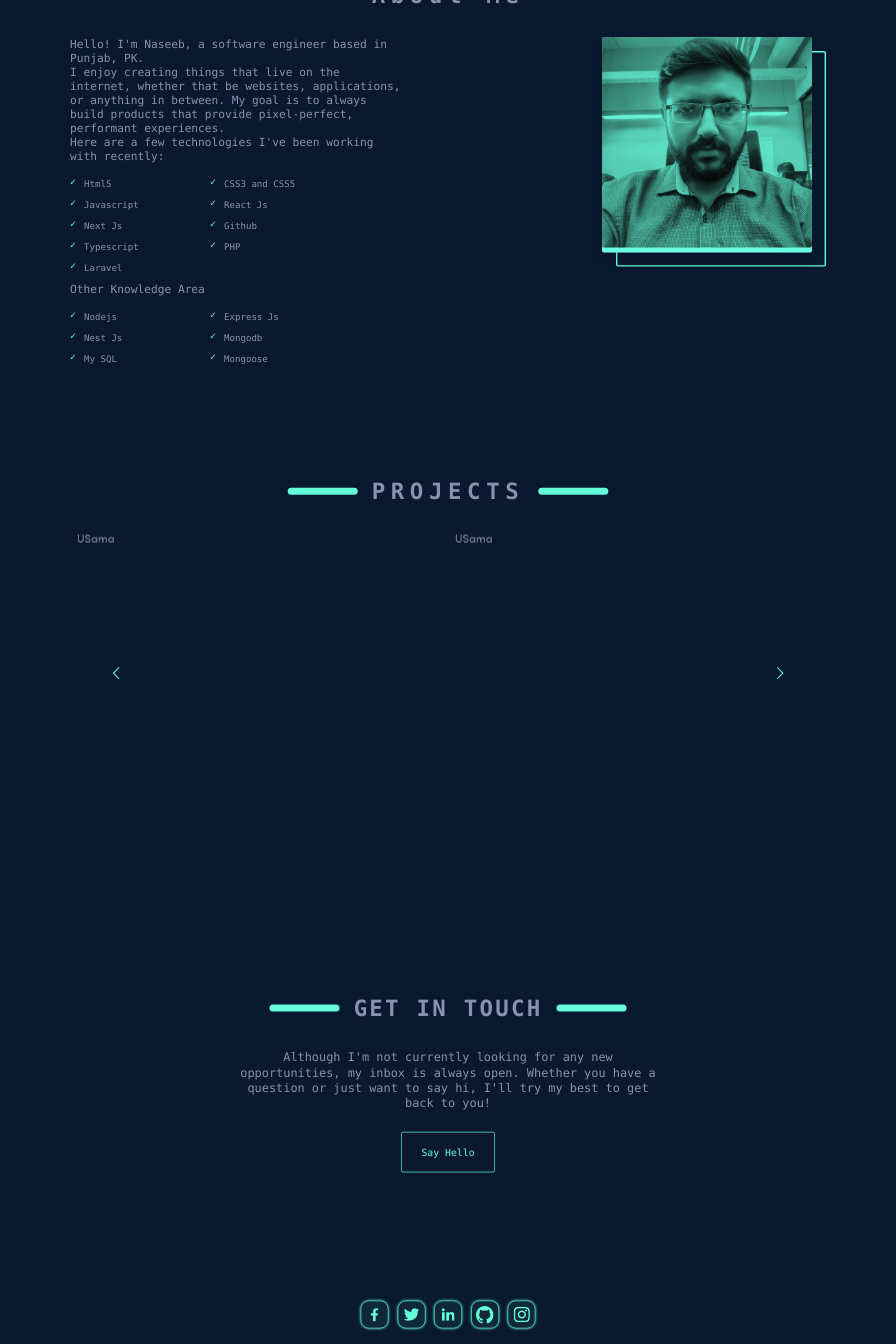
Repository: naseebali/naseebali.github.io
Page: /
The author's editor kept a copy of each file at every save. The page is drawn from the files as they stood at one save, then again after the next save.
The browser window is 1280 px wide. The pictures show the part of the page from y = 877 to 2797 px (the page is 2825 px tall), at 70% of full size.
The project was rebuilt for these pictures with package versions that can differ from the ones it lists, and the page was loaded fresh each time. The framework's server and built-in components were replaced by stand-ins that run in the browser. Also part of the build but not shown: next.config.js.

Above is the page before, as saved 2020-06-26 20:55:22.

### pages/_app.jsx
import "../public/assets/styles.css";
import "react-multi-carousel/lib/styles.css";

import Layout from "../Layout";
export default function MyApp({ Component, pageProps }) {
  return (
    <Layout>
      <Component {...pageProps} />
    </Layout>
  );
}

### pages/_document.jsx
import Document from 'next/document'
import { ServerStyleSheet } from 'styled-components'

class MyDocument extends Document {
  static async getInitialProps(ctx) {
    const sheet = new ServerStyleSheet()
    const originalRenderPage = ctx.renderPage

    try {
      ctx.renderPage = () =>
        originalRenderPage({
          enhanceApp: App => props => sheet.collectStyles(<App {...props} />),
        })

      const initialProps = await Document.getInitialProps(ctx)
      return {
        ...initialProps,
        styles: (
          <>
            {initialProps.styles}
            {sheet.getStyleElement()}
          </>
        ),
      }
    } finally {
      sheet.seal()
    }
  }
}

export default MyDocument

### public/assets/styles.css
html {
  box-sizing: border-box;
  -ms-overflow-style: scrollbar;
  scroll-behavior: smooth;
}
*,
*::before,
*::after {
  box-sizing: inherit;
}

@font-face {
  font-weight: normal;
  font-family: "Sofia pro";
  src: url("../assets/fonts/Sofia Pro/Sofia Pro Regular.otf");
}

@font-face {
  font-weight: bold;
  font-family: "Sofia Pro";
  src: url("../assets/fonts/Sofia Pro/Sofia Pro Bold.otf");
}

body {
  margin: 0;
  padding: 0;
  font-family: Sofia Pro;
  font-style: normal;
  font-weight: normal;
  background: #0a192f;
  color: #8892b0;
}

### Layout/index.jsx
import Head from "next/head";
import Header from "./header";
import Footer from "./footer";
import styled from "styled-components";
import { media, theme } from "../components/Style";
const { colors, fontSizes, fonts } = theme;

const Container = styled.div`
  min-height: 100vh;
`;
const Main2 = styled.main`
  /* margin: auto; */
  max-width: 1440px;
  min-height: 100vh;
  margin: 0px auto;
  ${media.mediumLcd`margin: 0px 50px;`}
  ${media.thone`margin: 0px;`}
`;
const Layout = ({ children }) => {
  return (
    <Container>
      <Head>
        <title>Usama Asif | Software Engineer</title>
        <link rel="icon" href="/favicon.ico" />
      </Head>
      <Header />
      <Main2>{children}</Main2>
      <Footer />
    </Container>
  );
};

export default Layout;

### pages/Intro.jsx
import React from "react";
import styled from "styled-components";
import { media, theme, MixStyle } from "../components/Style";
const { colors, fontSizes, fonts } = theme;

const Section = styled.section`
  height: 100vh;
  display: flex;
  -webkit-box-pack: center;
  justify-content: center;
  align-items: flex-start;
  margin-top: 2rem;
  flex-flow: column nowrap;
  padding: 50px;
  ${media.phablet`padding:20px;`}
`;

const H1 = styled.h1`
  word-spacing: 1rem;
  letter-spacing: 0.2rem;
  color: ${colors.green};
  font-family: ${fonts.SFMono};
  font-size: ${fontSizes.md};
  font-weight: normal;
  ${media.desktop`font-size: ${fontSizes.sm};`};
  ${media.tablet`font-size: ${fontSizes.smish};`};
  margin: 0 0 20px 3px;
`;
const H2 = styled.h2`
  font-size: 80px;
  line-height: 1.1;
  margin: 0;
  ${media.desktop`font-size: 70px;`};
  ${media.tablet`font-size: 60px;`};
  ${media.phablet`font-size: 50px;`};
  ${media.phone`font-size: 40px;`};
  color: ${colors.white};
`;

const H3 = styled.h3`
  font-size: 80px;
  line-height: 1.1;
  color: ${colors.slate};
  ${media.desktop`font-size: 70px;`};
  ${media.tablet`font-size: 60px;`};
  ${media.phablet`font-size: 50px;`};
  ${media.phone`font-size: 40px;`};
  margin: 0px 0px 10px;
`;
const StyledDescription = styled.div`
  margin-top: 25px;
  max-width: 500px;
  p {
    font-family: ${fonts.SFMono};
    line-height: 20px;
    font-size: 16px;
  }
`;

const StyledEmailLink = styled.a`
  ${MixStyle.bigButton};
`;

const Intro = () => {
  return (
    <Section>
      <H1>Hi, I am</H1>
      <H2>Naseeb Ali.</H2>
      <H3>I build things for the web.</H3>
      <StyledDescription>
        <p>
          I'm a software engineer based in Punjab, PK specializing in Front
          end Development.
        </p>
      </StyledDescription>
      <div style={{ transitionDelay: "500ms", marginTop: "50px" }}>
        <StyledEmailLink href="mailto:naseebalina2@gmail.com">
          Get In Touch
        </StyledEmailLink>
      </div>
    </Section>
  );
};
export default Intro;

### pages/Contact.jsx
import React from "react";
import styled from "styled-components";
import { media, theme, MixStyle } from "../components/Style";
const { colors, fontSizes, fonts } = theme;
const Section = styled.section`
  ${media.phablet`padding:20px;`}
  padding: 50px;
  position: relative;
  margin: 150px 0px;
  .contact--content {
    max-width: 600px;
    margin: auto;
    text-align: center;
  }
  .contact--content p {
    font-size: 17px;
    line-height: 1.3;
    font-family: ${fonts.SFMono};
  }
`;
const Heading = styled.h3`
  position: relative;
  ${MixStyle.flexCenter}
  font-family: ${fonts.SFMono};
  margin: 10px 0 40px;
  width: 100%;
  white-space: nowrap;
  letter-spacing: 0.2rem;
  font-size: ${fontSizes.h3};
  ${media.tablet`font-size: 24px;`};
  &:before {
    content: "";
    display: block;
    height: 10px;
    width: 100px;
    border-radius: 12px;
    background-color: ${colors.green};
    position: relative;
    top: 0px;
    margin-right: 20px;
    ${media.desktop`width: 100px;`};
    ${media.tablet`width: 80px;`};
    ${media.thone`margin-left: 10px;`};
    ${media.phone`width: 80px;`};
  }
  &:after {
    content: "";
    display: block;
    height: 10px;
    width: 100px;
    border-radius: 12px;
    background-color: ${colors.green};
    position: relative;
    top: 0px;
    margin-left: 20px;
    ${media.desktop`width: 100px;`};
    ${media.tablet`width: 80px;`};
    ${media.thone`margin-left: 10px;`};
    ${media.phone`width: 80px;`};
  }
`;
const StyledEmailLink = styled.a`
  ${MixStyle.bigButton};
`;
const Contact = () => {
  return (
    <Section id="contact">
      <Heading style={{ maeginTop: "50px" }}>GET IN TOUCH</Heading>
      <div className="contact--content">
        <p>
          Although I'm not currently looking for any new opportunities, my inbox
          is always open. Whether you have a question or just want to say hi,
          I'll try my best to get back to you!
        </p>
        <div style={{ transitionDelay: "500ms", marginTop: "50px" }}>
          <StyledEmailLink href="mailto:ranausama48@gmail.com">
            Say Hello
          </StyledEmailLink>
        </div>
      </div>
    </Section>
  );
};
export default Contact;

### pages/Project.jsx
import styled from "styled-components";
import { Link } from "../components/core";
import { media, theme, MixStyle } from "../components/Style";
import Carousel from "react-multi-carousel";
const { colors, fontSizes, fonts } = theme;
const clientReviews = [
  {
    clientAvatar: "/assets/images/usama-project1.jpg",
    clientName: "Passport Paws",
    Technologis: ["HTML5", "CSS3", "Nextjs", "Styled Components", "Ant Design"],
    id: "passportPaws",
  },
  {
    clientAvatar: "/assets/images/usama-project2.jpg",
    clientName: "Nithias Accadmy",
    Technologis: ["HTML5", "CSS3", "Nextjs", "styled Components", "Ant Design"],
    id: "nithiasAccadmy",
  },
  {
    clientAvatar: "/assets/images/usama-project3.jpg",
    clientName: "Lazard Plumbing",
    Technologis: ["HTML5", "CSS3", "Bootstrap", "Squarespace"],
    id: "lazardPlumbing",
  },
  {
    Technologis: ["HTML5", "CSS3", "Bootstrap"],
    clientAvatar: "/assets/images/usama-project4.jpg",
    clientName: "ANIT Services",
    id: "anitService",
  },
  {
    clientAvatar: "/assets/images/usama-project5.jpg",
    clientName: "Ebay Label Generator Tool",
    Technologis: ["HTML5", "CSS3", "Reactjs"],
    id: "ebayTool",
  },
  {
    clientAvatar: "/assets/images/usama-project6.jpg",
    clientName: "Carstreet",
    Technologis: ["HTML5", "CSS3", "Nextjs", "styled component", "Ant Design"],
    id: "carstreet",
  },
];
const Section = styled.section`
  ${media.phablet`padding:20px;`}
  .react-multiple-carousel__arrow {
    background: ${colors.navy};
    &:before {
      color: ${colors.green};
    }
  }
  .react-multi-carousel-item {
    height: 400px;
    ${media.phone`height: 350px; `}
    ${media.tiny`height: 300px; `}
  }
  .viwe-more {
    ${MixStyle.xsmallButton};
    margin-bottom: 20px;
    &:hover {
      color: ${colors.green};
    }
  }
  padding: 50px;
  position: relative;
`;
const Heading = styled.h3`
  position: relative;
  font-family: ${fonts.SFMono};
  ${MixStyle.flexCenter}
  margin: 10px 0 40px;
  width: 100%;
  white-space: nowrap;
  letter-spacing: 0.5rem;
  font-size: ${fontSizes.h3};
  ${media.tablet`font-size: 24px;`};
  &:before {
    content: "";
    display: block;
    height: 10px;
    width: 100px;
    border-radius: 12px;
    background-color: ${colors.green};
    position: relative;
    top: 0px;
    margin-right: 20px;
    ${media.desktop`width: 100px;`};
    ${media.tablet`width: 80px;`};
    ${media.thone`margin-left: 10px;`};
    ${media.phone`width: 80px;`};
  }
  &:after {
    content: "";
    display: block;
    height: 10px;
    width: 100px;
    border-radius: 12px;
    background-color: ${colors.green};
    position: relative;
    top: 0px;
    margin-left: 20px;
    ${media.desktop`width: 100px;`};
    ${media.tablet`width: 80px;`};
    ${media.thone`margin-left: 10px;`};
    ${media.phone`width: 80px;`};
  }
`;
const ProjectContainer = styled.div`
  height: 100%;
  margin: 0px 10px;
  position: relative;
  background: none;
  cursor: pointer;
  &&:hover .hover-effect {
    transition: all 0.8s;
    transform: scale(1);
    position: absolute;
    top: 0px;
    background-color: rgba(45, 54, 83, 0.8);
    height: 100%;
    width: 100%;
    display: block;
    display: flex;
    justify-content: center;
    align-items: center;
    flex-direction: column;
  }
`;
const Image = styled.img`
  width: 100%;
  height: 100%;
  transition: all 0.3s;
  border-radius: 15px;
`;
const HoverContainer = styled.div`
  display: flex;
  justify-content: center;
  align-items: center;
  flex-direction: column;
  position: absolute;
  transition: all 1s;
  transform: scale(0);
  top: 0px;
  left: 0px;
  height: 100%;
  width: 100%;
  background-color: rgba(45, 54, 83, 0.8);
  box-sizing: border-box;
  border-radius: 12px;
`;
const H3 = styled.h3`
  font-size: ${fontSizes.xl};
  color: ${colors.white};
  text-align: center;
  font-family: ${fonts.SFMono};
  line-height: 20px;
`;
const TechnologContainer = styled.div`
  padding: 0px 20px;
  margin-bottom: 20px;
  flex-wrap: wrap;
  display: flex;
  div {
    margin: 3px;
    ${MixStyle.xsmallButton};
  }
`;
const responsive = {
  superLargeDesktop: {
    // the naming can be any, depends on you.
    breakpoint: { max: 4000, min: 3000 },
    items: 5,
  },
  desktop: {
    breakpoint: { max: 3000, min: 1024 },
    items: 3,
  },
  tablet: {
    breakpoint: { max: 1024, min: 464 },
    items: 2,
  },
  mobile: {
    breakpoint: { max: 464, min: 0 },
    items: 1,
  },
};
const Projects = () => {
  return (
    <Section id="work">
      <Heading style={{ marginTop: "50px" }}>PROJECTS</Heading>
      <div>
        <Carousel
          className="custome--carousal"
          arrows={true}
          swipeable={false}
          draggable={false}
          responsive={responsive}
          ssr={true}
          infinite={true}
          autoPlay={false}
          autoPlaySpeed={1000}
          keyBoardControl={true}
          transitionDuration={500}
          renderButtonGroupOutside={true}
          containerClass="carousel-container"
          dotListClass="custom-dot-list-style"
          responsive={responsive}
        >
          <CarousalContainer style={{ background: "red" }}>
            Item 1
          </CarousalContainer>
          <CarousalContainer style={{ background: "blue" }}>
            Item 2
          </CarousalContainer>
          <CarousalContainer style={{ background: "yellow" }}>
            Item 3
          </CarousalContainer>
          <CarousalContainer style={{ background: "pink" }}>
            Item 4
          </CarousalContainer>
        </Carousel>
      </div>
    </Section>
  );
};
const Container = styled.div`
  height: 100%;
  margin: 0px 10px;
`;
const CarousalContainer = () => {
  return <Container>USama</Container>;
};
export default Projects;

### components/Style/index.jsx
import media from "./media";
import theme from "./theme";
import MixStyle from "./mixStyle";
export { media, theme, MixStyle };

### components/core/index.jsx
import Link from "./Link";
import Menu from "./Menu";
// import Carousal from "./carousal";
export { Link, Menu };

### components/Style/media.jsx
import { css } from "styled-components";

const sizes = {
  fullLcd: 2560,
  mediumLcd:1500,
  giant: 1440,
  bigDesktop: 1200,
  desktop: 1000,
  tablet: 768,
  thone: 600,
  phablet: 480,
  phone: 376,
  tiny: 330,
};

// iterate through the sizes and create a media template
export const media = Object.keys(sizes).reduce((accumulator, label) => {
  // use em in breakpoints to work properly cross-browser and support users
  // changing their browsers font-size: https://zellwk.com/blog/media-query-units/
  const emSize = sizes[label] / 16;
  accumulator[label] = (...args) => css`
    @media (max-width: ${emSize}em) {
      ${css(...args)};
    }
  `;
  return accumulator;
}, {});

export default media;

### components/Style/theme.jsx
const theme = {
  colors: {
    dark: "#000007",
    darkestNavy: "#01050b",
    darkNavy: "#020c1b",
    // main color
    navy: "#0a192f",
    // ------
    lightNavy: "#172a45",
    darkGrey: "#333f58",
    mediumGrey: "#2d3952",
    grey: "#4c5772",
    lightGrey: "#606a86",
    slate: "#8892b0",
    lightSlate: "#a8b2d1",
    lightestSlate: "#ccd6f6",
    offWhite: "#dce7ff",
    white: "#e6f1ff",
    pink: "#FF647F",
    yellow: "#FFC464",
    orange: "#FF9E64",
    green: "#64ffda",
    blue: "#71AFFF",
    darkBlue: "#1D7FFC",
    highlight: "rgba(41, 61, 90, 0.99)",
    transGreen: "rgba(100, 255, 218, 0.07)",
    transNavy: "rgba(10, 25, 47, 0.7)",
    shadowNavy: "rgba(2, 12, 27, 0.7)",
  },

  fonts: {
    Calibre:
      "Calibre, San Francisco, SF Pro Text, -apple-system, system-ui, BlinkMacSystemFont, Roboto, Helvetica Neue, Segoe UI, Arial, sans-serif",
    SFMono:
      "SF Mono, Fira Code, Fira Mono, Roboto Mono, Lucida Console, Monaco, monospace",
  },

  fontSizes: {
    xs: "12px",
    smish: "13px",
    sm: "14px",
    md: "16px",
    lg: "18px",
    xl: "20px",
    xxl: "22px",
    h3: "32px",
  },

  easing: "cubic-bezier(0.645, 0.045, 0.355, 1)",
  transition: "all 0.25s cubic-bezier(0.645, 0.045, 0.355, 1)",

  borderRadius: "3px",
  navHeight: "100px",
  navScrollHeight: "70px",
  margin: "20px",

  tabHeight: 42,
  tabWidth: 120,
  radius: 3,

  gradient: `linear-gradient(0.4turn, #64d6ff, #64ffda)`,

  loaderDelay: `6`,

  hamburgerWidth: 30,
  hamBefore: `top 0.1s ease-in 0.25s, opacity 0.1s ease-in`,
  hamBeforeActive: `top 0.1s ease-out, opacity 0.1s ease-out 0.12s`,
  hamAfter: `bottom 0.1s ease-in 0.25s, transform 0.22s cubic-bezier(0.55, 0.055, 0.675, 0.19)`,
  hamAfterActive: `bottom 0.1s ease-out, transform 0.22s cubic-bezier(0.215, 0.61, 0.355, 1) 0.12s`,
};

export default theme;

### components/core/Link.jsx
import React from "react";
import Link from "next/link";
import PropTypes from "prop-types";
import styled from "styled-components";

const StyledLink = styled.a`
  .ant-menu-dark .ant-menu-item > a {
    color: ${({ color }) => color};
  }
  color: ${({ color }) => color};
  text-align: ${({ align }) => align};
  font-weight: ${({ weight }) => weight};
  display: ${({ display }) => display};
  font-size: ${({ fontSize }) => fontSize};
  transition: 0.5s;
  &:hover {
    color: ${({ hoverColor }) => hoverColor};
  }
`;
const HyperLink = ({ className, href, as, children, external, ...rest }) => {
  return !external ? (
    <Link href={href} as={as}>
      <StyledLink className={className} {...rest}>
        {children}
      </StyledLink>
    </Link>
  ) : (
    <StyledLink href={href} className={className} {...rest}>
      {children}
    </StyledLink>
  );
};

HyperLink.propTypes = {
  href: PropTypes.string,
  text: PropTypes.string,
  as: PropTypes.string,
  color: PropTypes.string,
  align: PropTypes.string,
  display: PropTypes.string,
  fontSize: PropTypes.string,
  weight: PropTypes.string,
};

HyperLink.defaultProps = {
  href: "/",
  align: "left",
  color: "#000",
  external: false,
  fontSize: "16px",
  display: "table",
  hoverColor: "#000",
};

export default HyperLink;

Loaded but not shown: public/assets/icons/iconName.js (library); public/assets/icons/icon.js (52 lines, source omitted); pages/index.js (16 lines, source omitted); Layout/Header.jsx (199 lines, source omitted); pages/About.jsx (216 lines, source omitted); components/Style/mixStyle.jsx (182 lines, source omitted); Layout/Footer.jsx (136 lines, source omitted); components/core/Menu.jsx (119 lines, source omitted)

After the next save:
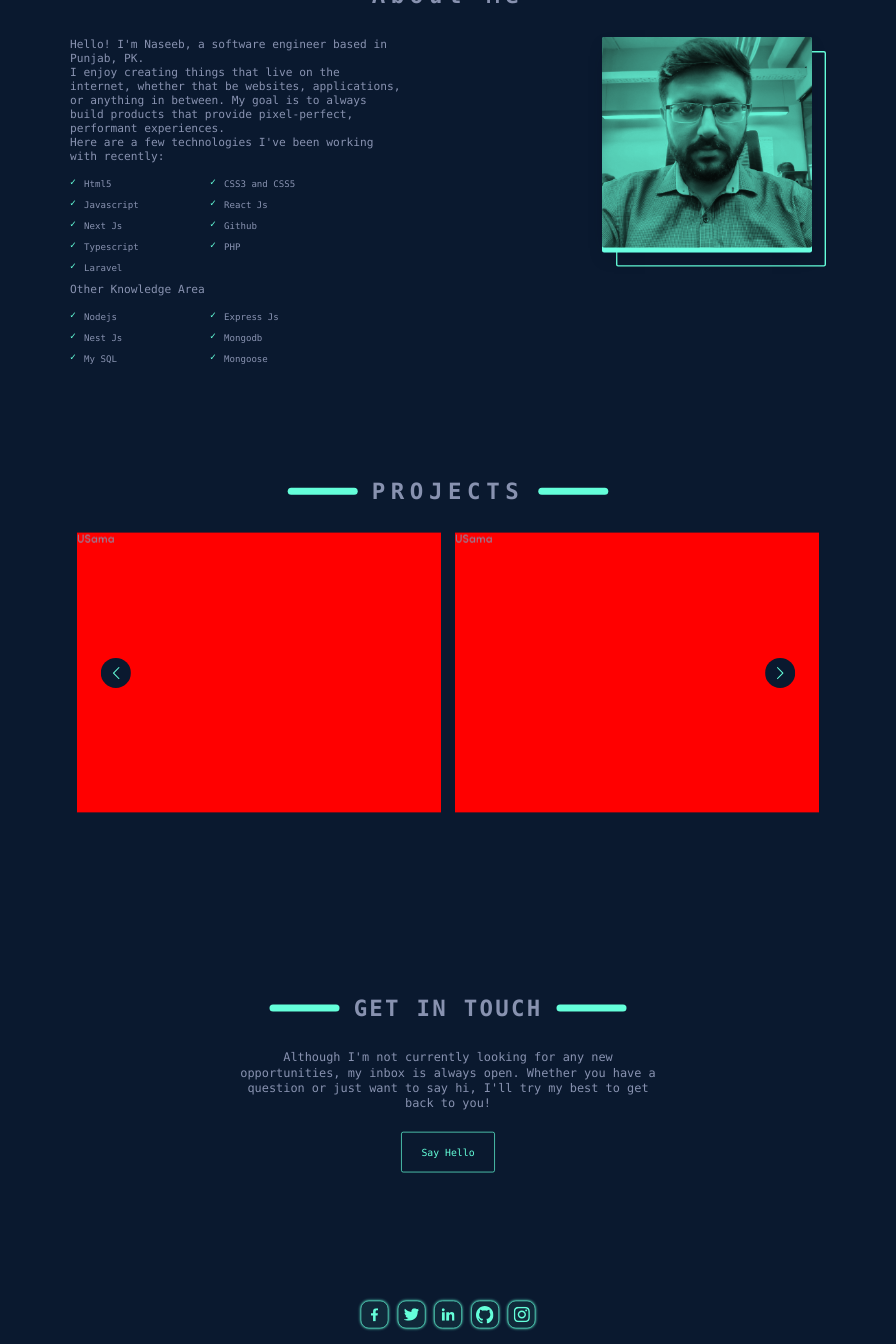
Saved 12 s later.
--- a/pages/Project.jsx
+++ b/pages/Project.jsx
@@ -226,6 +226,7 @@
 const Container = styled.div`
   height: 100%;
   margin: 0px 10px;
+  background: red;
 `;
 const CarousalContainer = () => {
   return <Container>USama</Container>;

After the 4 saves that followed:
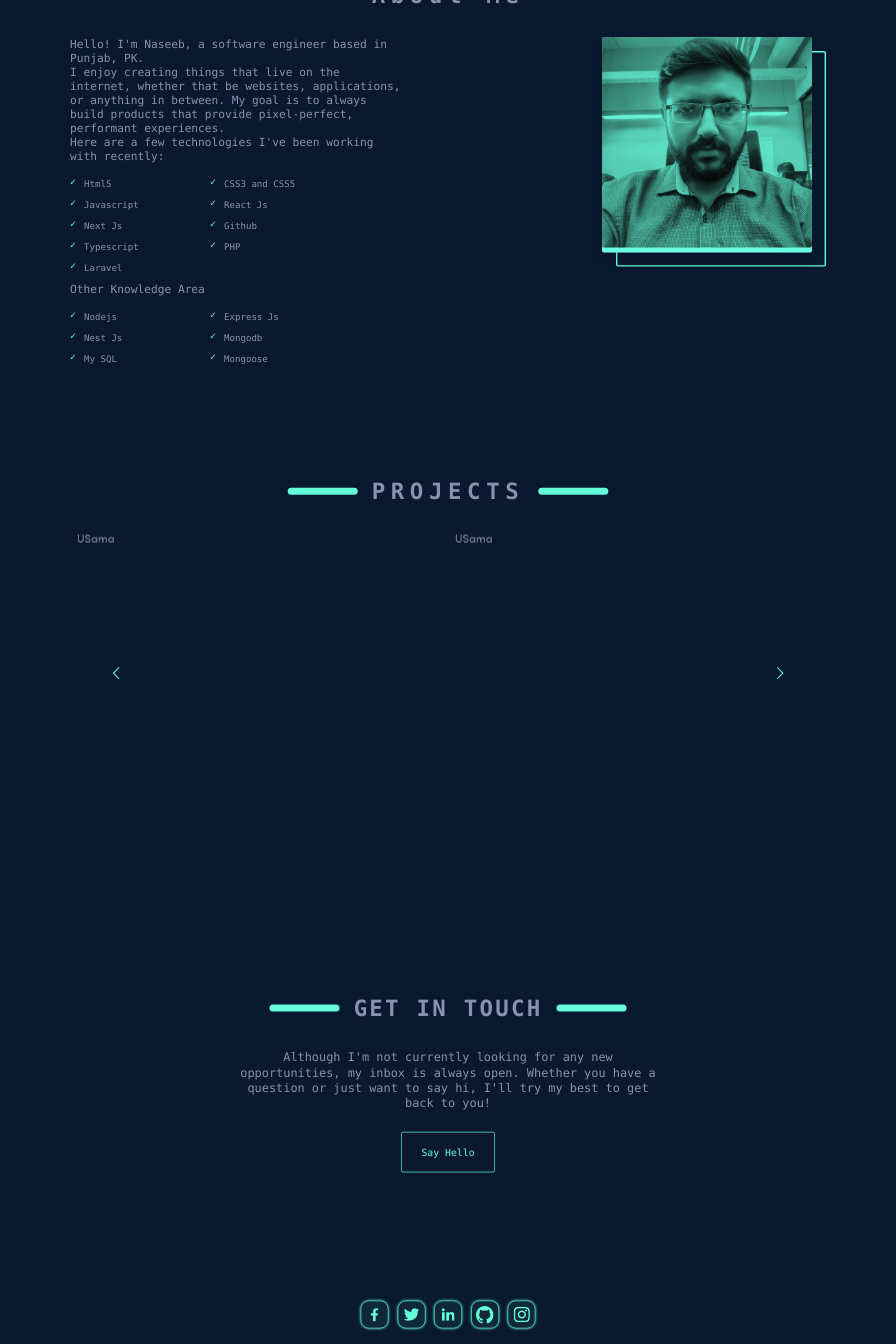
The 4 saves are shown as one change because 2 did not build or start and 1 left the picture as it was.
The last was saved 3 min 13 s later.
--- a/pages/Project.jsx
+++ b/pages/Project.jsx
@@ -206,7 +206,12 @@
           dotListClass="custom-dot-list-style"
           responsive={responsive}
         >
-          <CarousalContainer style={{ background: "red" }}>
+          {clientReviews.map((key, index) => (
+            <CarousalContainer key={index}>
+              <Image src={key.clientAvatar} alt="" />
+            </CarousalContainer>
+          ))}
+          {/* <CarousalContainer style={{ background: "red" }}>
             Item 1
           </CarousalContainer>
           <CarousalContainer style={{ background: "blue" }}>
@@ -217,16 +222,16 @@
           </CarousalContainer>
           <CarousalContainer style={{ background: "pink" }}>
             Item 4
-          </CarousalContainer>
+          </CarousalContainer> */}
         </Carousel>
       </div>
     </Section>
   );
 };
+
 const Container = styled.div`
   height: 100%;
   margin: 0px 10px;
-  background: red;
 `;
 const CarousalContainer = () => {
   return <Container>USama</Container>;
